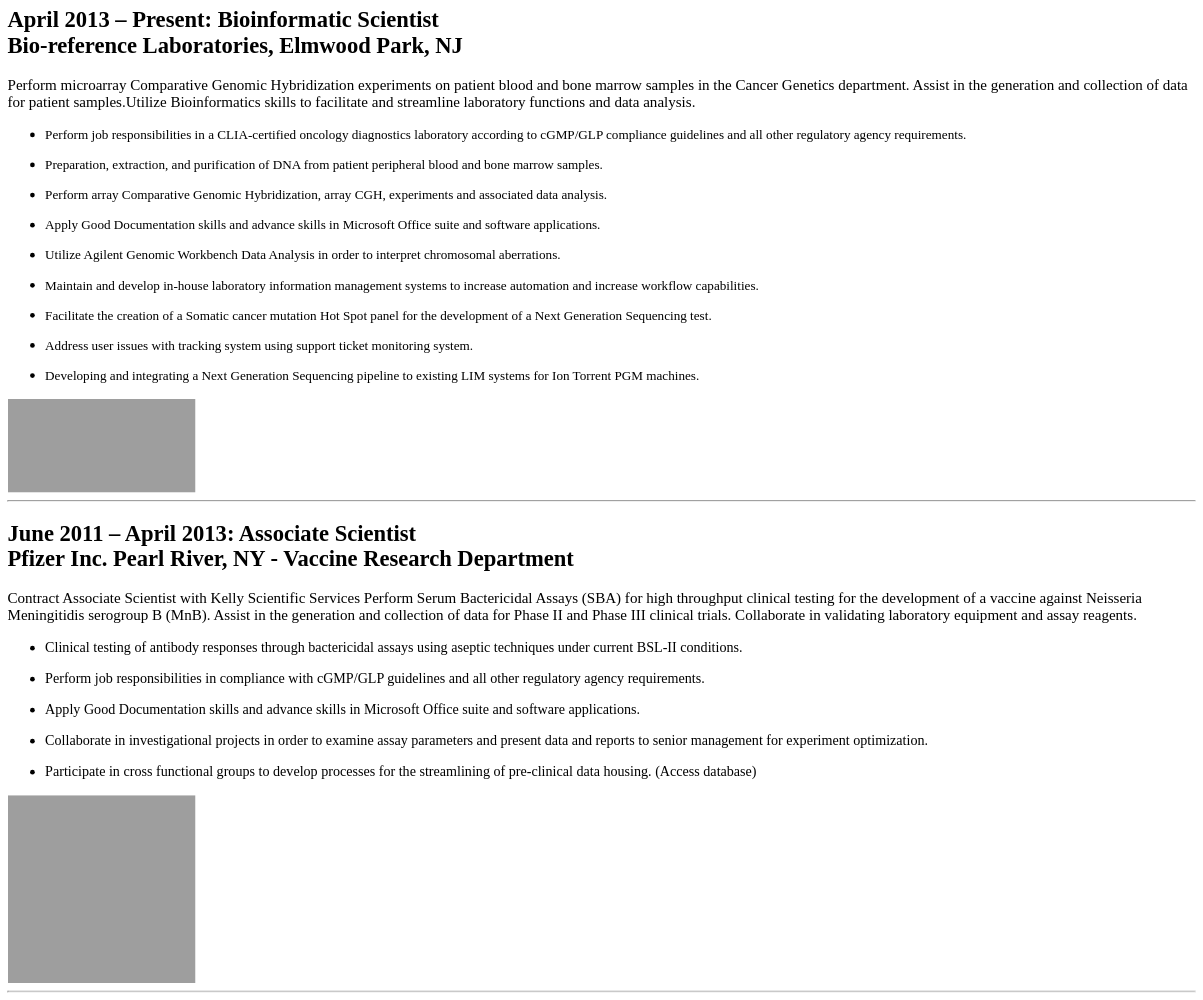
Repository: gmihalik/resume-website
Page: views/industry.html
The author's editor kept a record of every edit. The page is drawn from the files as they stood at one moment, then again after the next edit.
The browser window is 1280 px wide. The pictures show the whole page, at 94% of full size.
Pictures or frames that could not be fetched are drawn as grey boxes.

Above is the page before.

After the next edit:
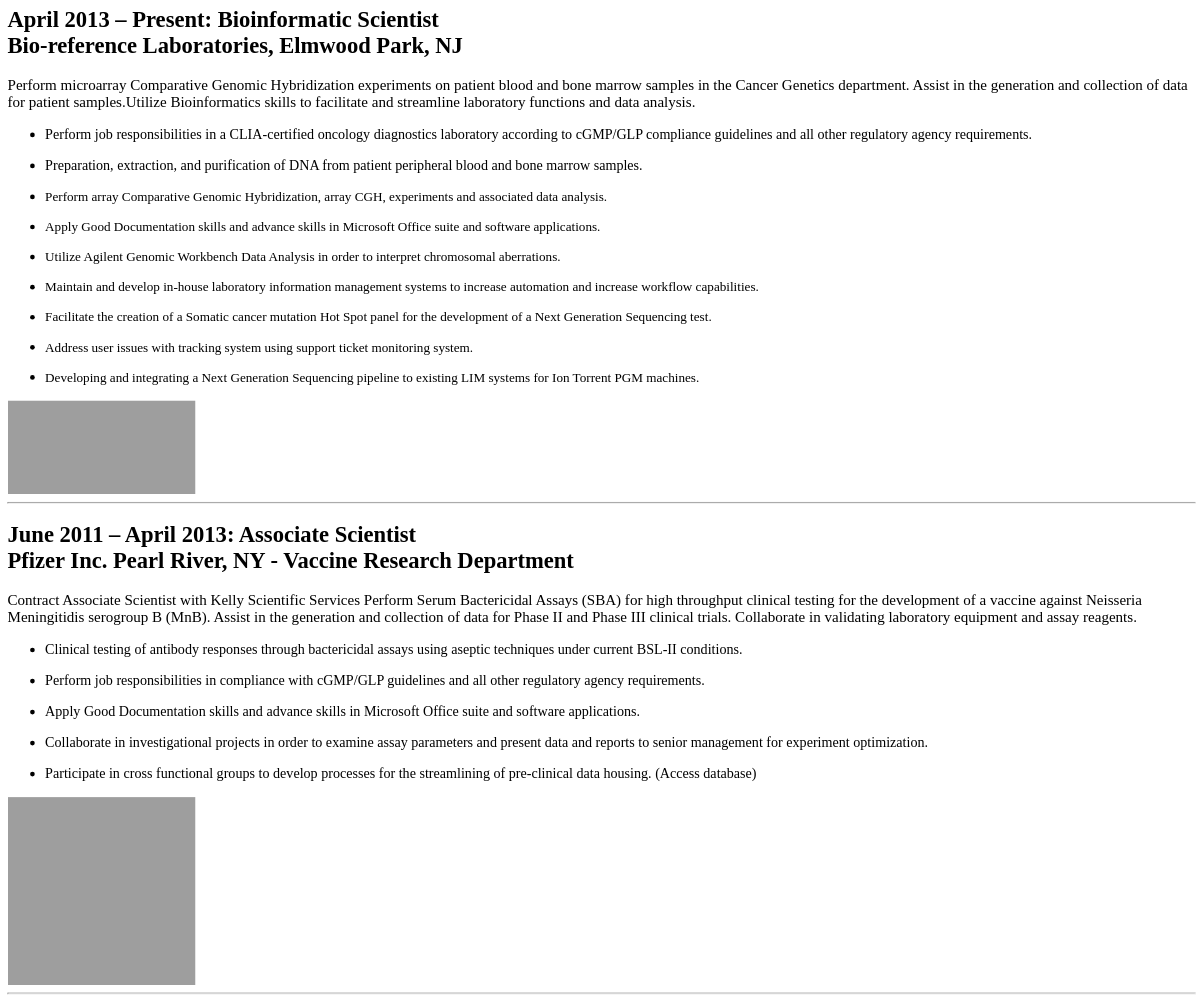
The edit:
--- a/views/industry.html
+++ b/views/industry.html
@@ -7,8 +7,8 @@
           <br><span class="text-muted">Bio-reference Laboratories, Elmwood Park, NJ</span></h2>
           <p class="lead" style="font-size:16px">Perform microarray Comparative Genomic Hybridization experiments on patient blood and bone marrow samples in the Cancer Genetics department. Assist in the generation and collection of data for patient samples.Utilize Bioinformatics skills to facilitate and streamline laboratory functions and data analysis.</p>
         <ul>
-            <li><p style="font-size:14px">Perform job responsibilities in a CLIA-certified oncology diagnostics laboratory according to cGMP/GLP compliance guidelines and all other regulatory agency requirements.</p></li>
-            <li><p style="font-size:14px">Preparation, extraction, and purification of DNA from patient peripheral blood and bone marrow samples.</p></li>
+            <li><p style="font-size:15px">Perform job responsibilities in a CLIA-certified oncology diagnostics laboratory according to cGMP/GLP compliance guidelines and all other regulatory agency requirements.</p></li>
+            <li><p style="font-size:15px">Preparation, extraction, and purification of DNA from patient peripheral blood and bone marrow samples.</p></li>
             <li><p style="font-size:14px">Perform array Comparative Genomic Hybridization, array CGH, experiments and associated data analysis.  </p></li>
             <li><p style="font-size:14px">Apply Good Documentation skills and advance skills in Microsoft Office suite and software applications.</p></li>
             <li><p style="font-size:14px">Utilize Agilent Genomic Workbench Data Analysis in order to interpret chromosomal aberrations.</p></li>
